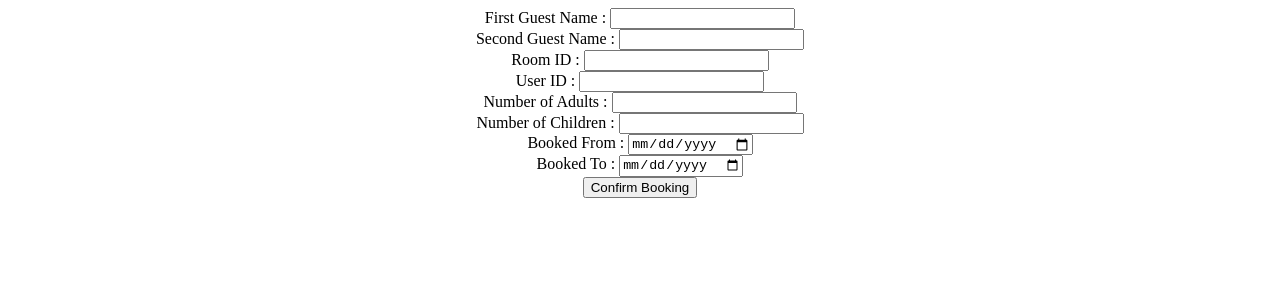
Repository: dishangjain/SpringProject
Page: http://localhost/HotelBookingManagementSystem/JSPs/BookRoom.jsp
An editor plug-in stored every save of this project. The page is shown before and after the next save, followed by the edit.
The browser window is 1280 px wide. The pictures show the whole page.
The page is served by Tomcat 9. Nobody is signed in. The application's start-up code is not run. The template is opened directly, without the code that normally fills it, so the values that code supplies are empty.

Above is the page before, as saved 2017-10-16 09:57:19.

After the next save:
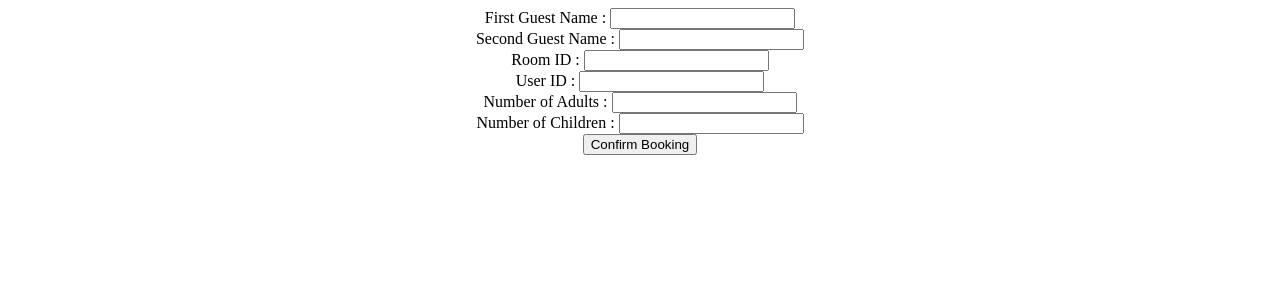
Saved 69 min 6 s later.
--- a/HotelBookingManagementSystem/WebContent/JSPs/BookRoom.jsp
+++ b/HotelBookingManagementSystem/WebContent/JSPs/BookRoom.jsp
@@ -33,11 +33,11 @@
 		  		<label for="numChildren">Number of Children :</label>
 		  		<form:input path="numChildren" id="numChildren" type="number"/><br/>
 
-		  		<label for="BookedFrom">Booked From :</label>
+		  		<%-- <label for="BookedFrom">Booked From :</label>
 		  		<form:input path="BookedFrom" id="BookedFrom" type="date"/><br/>
 
 		  		<label for="BookedTo">Booked To :</label>
-		  		<form:input path="BookedTo" id="BookedTo" type="date"/><br/>
+		  		<form:input path="BookedTo" id="BookedTo" type="date"/><br/> --%>
 
 		  		<input type="submit" value="Confirm Booking"/>
 			</form:form>
